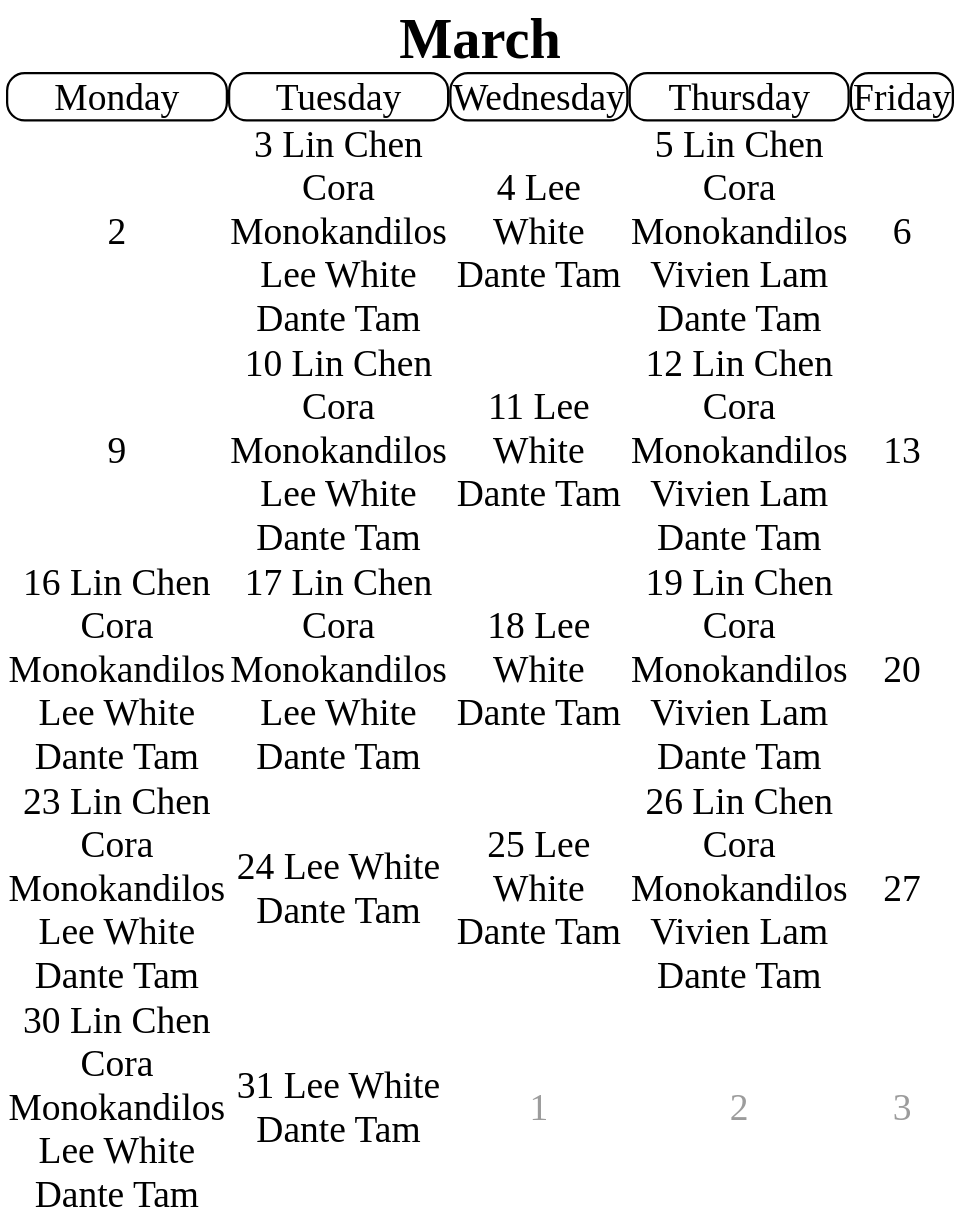
Repository: shleewhite/missionBitCalendar
Page: views/mar.html
The author's editor kept a record of every edit. The page is drawn from the files as they stood at one moment, then again after the next edit.
The browser window is 1280 px wide. The pictures show the whole page, at 75% of full size.

Above is the page before.

### views/mar.html
<article id="mar">
<html>
    <link rel="stylesheet" type="text/css" href="main.css">
    <head></head>
    <body>
        <table id="monthTable">
                <th class="monthHeader" colspan="5">March</th>
            <tr>
                <td class="weekday">Monday</td>
                <td class="weekday">Tuesday</td>
                <td class="weekday">Wednesday</td>
                <td class="weekday">Thursday</td>
                <td class="weekday">Friday</td>
            </tr>
            <tr>
                <td>2</td>
                <td>3 Lin Chen<br>Cora Monokandilos<br>Lee White<br>Dante Tam</td>
                <td>4 Lee White<br>Dante Tam</td>
                <td>5 Lin Chen<br>Cora Monokandilos<br>Vivien Lam<br>Dante Tam</td>
                <td>6</td>
            </tr>
            <tr>
                <td>9</td>
                <td>10 Lin Chen<br>Cora Monokandilos<br>Lee White<br>Dante Tam</td>
                <td>11 Lee White<br>Dante Tam</td>
                <td>12 Lin Chen<br>Cora Monokandilos<br>Vivien Lam<br>Dante Tam</td>
                <td>13</td>
            </tr>
            <tr>
                <td>16 Lin Chen<br>Cora Monokandilos<br>Lee White<br>Dante Tam</td>
                <td>17 Lin Chen<br>Cora Monokandilos<br>Lee White<br>Dante Tam</td>
                <td>18 Lee White<br>Dante Tam</td>
                <td>19 Lin Chen<br>Cora Monokandilos<br>Vivien Lam<br>Dante Tam</td>
                <td>20</td>
            </tr>
            <tr>
                <td>23 Lin Chen<br>Cora Monokandilos<br>Lee White<br>Dante Tam</td>
                <td>24 Lee White<br>Dante Tam</td>
                <td>25 Lee White<br>Dante Tam</td>
                <td>26 Lin Chen<br>Cora Monokandilos<br>Vivien Lam<br>Dante Tam</td>
                <td>27</td>
            </tr>
            <tr>
                <td>30 Lin Chen<br>Cora Monokandilos<br>Lee White<br>Dante Tam</td>
                <td>31 Lee White<br>Dante Tam</td>
                <td class="nextMonth">1</td>
                <td class="nextMonth">2</td>
                <td class="nextMonth">3</td>
            </tr>
        </table>
    </body>
</html>

### views/main.css
table {
    text-align: center;
    font-size: 50px;
    width: 100%;
    height: 700px;
    border-spacing: 50px 20px;

}
table th {
    text-align: center;
}
#year{
    /*font-family: 'Lobster', cursive;*/
    font-size: 100px;
}
.month{
    border-collapse: separate;
    border-color: #000000;
    border-radius: 25px;
    border-style: double;

    border-top-width: 15px;
    border-bottom-width: 15px;
    border-left-width: 15px;
    border-right-width: 15px;
    cursor: pointer;
}
.monthHeader {
    font-size: 75px;
    border-style: none;
}
.weekday {
    font-size: 50px;
    border-style: solid;
    border-radius: 25px;
}
#monthTable {
    border-spacing: 0px;
    border-color: #000000;
    border-radius: 25px;
    cursor: pointer;
    padding: 0px;
}
.days {
    font-size: 20px;
    text-align: left;
    border-style: double;
}
.noOne {
    text-align: center;
}
.nextMonth {
    color: #9C9C9C;
}

After the next edit:
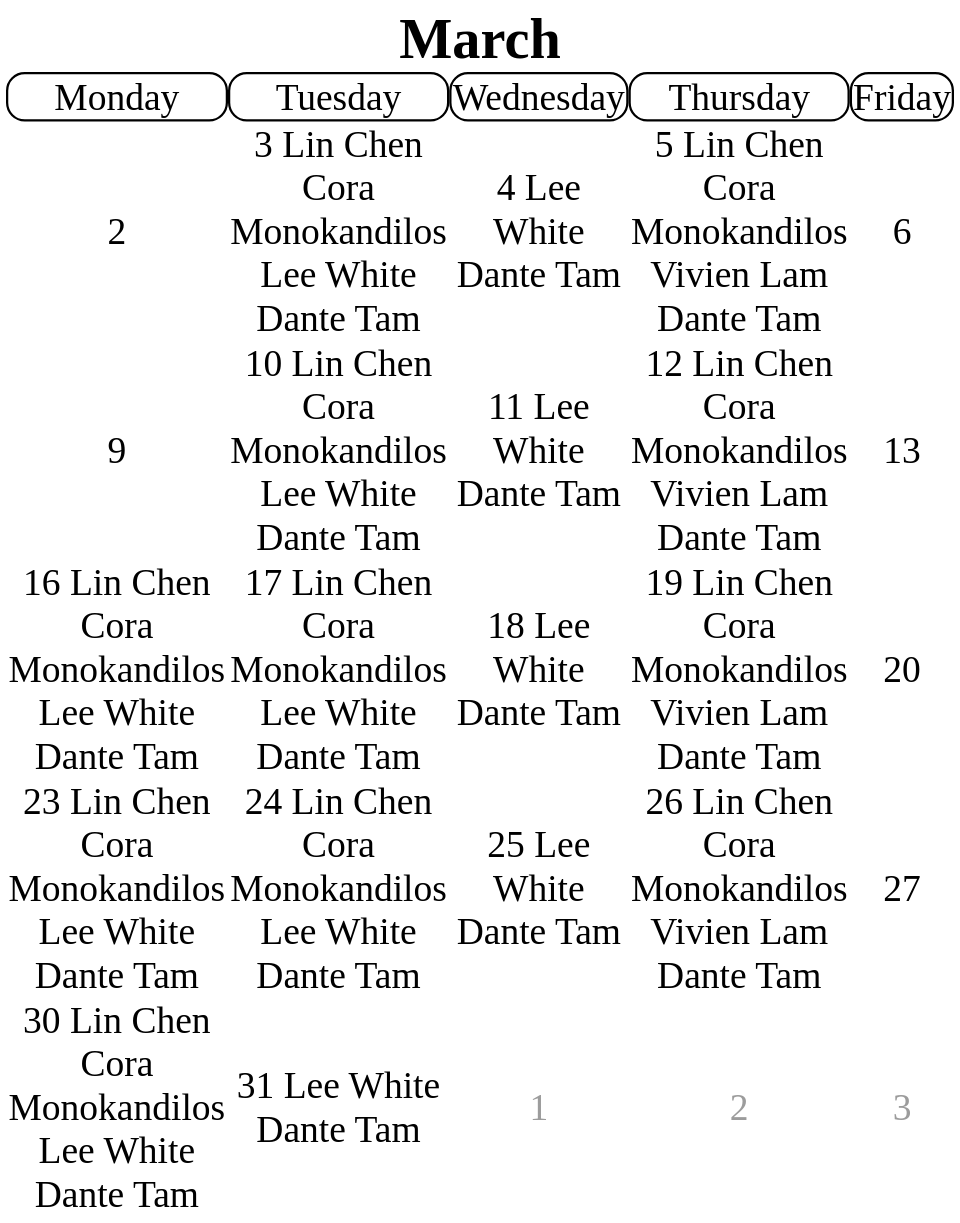
The edit:
--- a/views/mar.html
+++ b/views/mar.html
@@ -35,7 +35,7 @@
             </tr>
             <tr>
                 <td>23 Lin Chen<br>Cora Monokandilos<br>Lee White<br>Dante Tam</td>
-                <td>24 Lee White<br>Dante Tam</td>
+                <td>24 Lin Chen<br>Cora Monokandilos<br>Lee White<br>Dante Tam</td>
                 <td>25 Lee White<br>Dante Tam</td>
                 <td>26 Lin Chen<br>Cora Monokandilos<br>Vivien Lam<br>Dante Tam</td>
                 <td>27</td>
